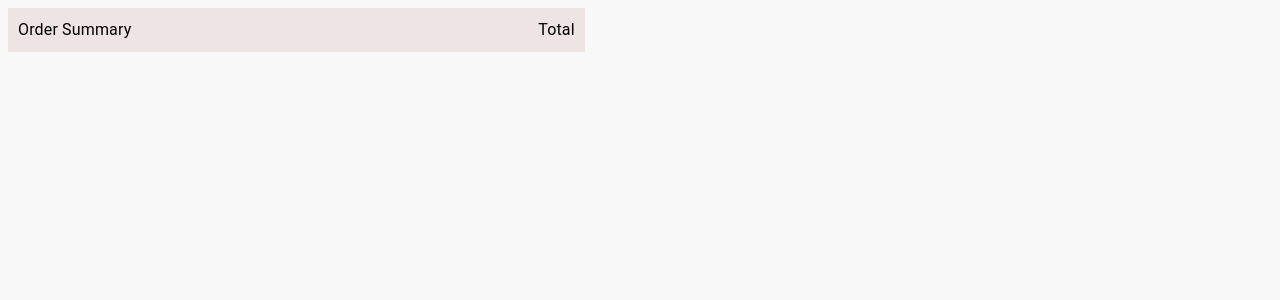
Repository: Armstrong2035/hng-project-two
Page: /checkout (app in timbu-store/)
These files come from the project's save history. The page is drawn as it stood at one moment and after the next save; the edit follows.
The browser window is 1280 px wide. The pictures show the whole page.
The project was rebuilt for these pictures with package versions that can differ from the ones it lists, and the page was loaded fresh each time. The framework's server and built-in components were replaced by stand-ins that run in the browser. Also part of the build but not shown: timbu-store/next.config.mjs.

Above is the page before, as saved 2024-07-07 09:23:46.

### timbu-store/src/app/layout.js
export default function RootLayout({ children }) {
  return (
    <html lang="en">
      <body style={{ backgroundColor: "#F8F8F8" }}>{children}</body>
    </html>
  );
}

### timbu-store/src/app/checkout/page.js
"use client";

import React from "react";
import CheckOut from "../../../components/checkout/CheckOut";

export default function Page() {
  return (
    <>
      <CheckOut />
    </>
  );
}

### timbu-store/components/checkout/CheckOut.js
"use client";
import useStore from "@/store/store";
import { Typography, Box, Stack, Grid } from "@mui/material";

import React from "react";

export default function CheckOut() {
  const cart = useStore((state) => state.cart);

  console.log(cart);

  return (
    <div
      style={{
        display: "flex",
        alignItems: "center",
        justifyContent: "center",
      }}
    >
      <Box
        style={{
          width: "80vw",
          display: "flex",
          justifyContent: "space-between",
          padding: "10px 10px",
          backgroundColor: "#EEE4E3",
        }}
      >
        <Typography>Order Summary</Typography>
        <Typography>Total</Typography>
      </Box>
      <Grid container>
        <Grid item>
          <Stack></Stack>
        </Grid>

        <Grid item></Grid>
      </Grid>
    </div>
  );
}

### timbu-store/src/store/store.js
import { create } from "zustand";

const useStore = create((set) => ({
  cart: [],
  addToCart: (item) => set((state) => ({ cart: [...state.cart, item] })),
}));

export default useStore;

After the next save:
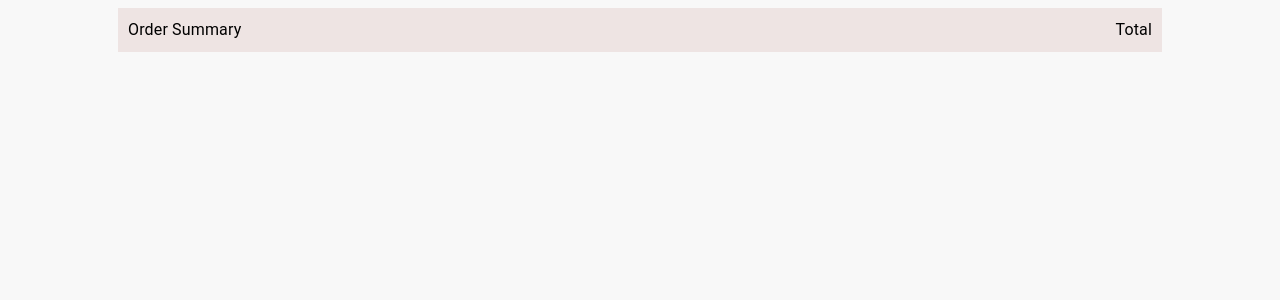
Saved 10 s later.
--- a/timbu-store/components/checkout/CheckOut.js
+++ b/timbu-store/components/checkout/CheckOut.js
@@ -29,13 +29,6 @@ export default function CheckOut() {
         <Typography>Order Summary</Typography>
         <Typography>Total</Typography>
       </Box>
-      <Grid container>
-        <Grid item>
-          <Stack></Stack>
-        </Grid>
-
-        <Grid item></Grid>
-      </Grid>
     </div>
   );
 }
